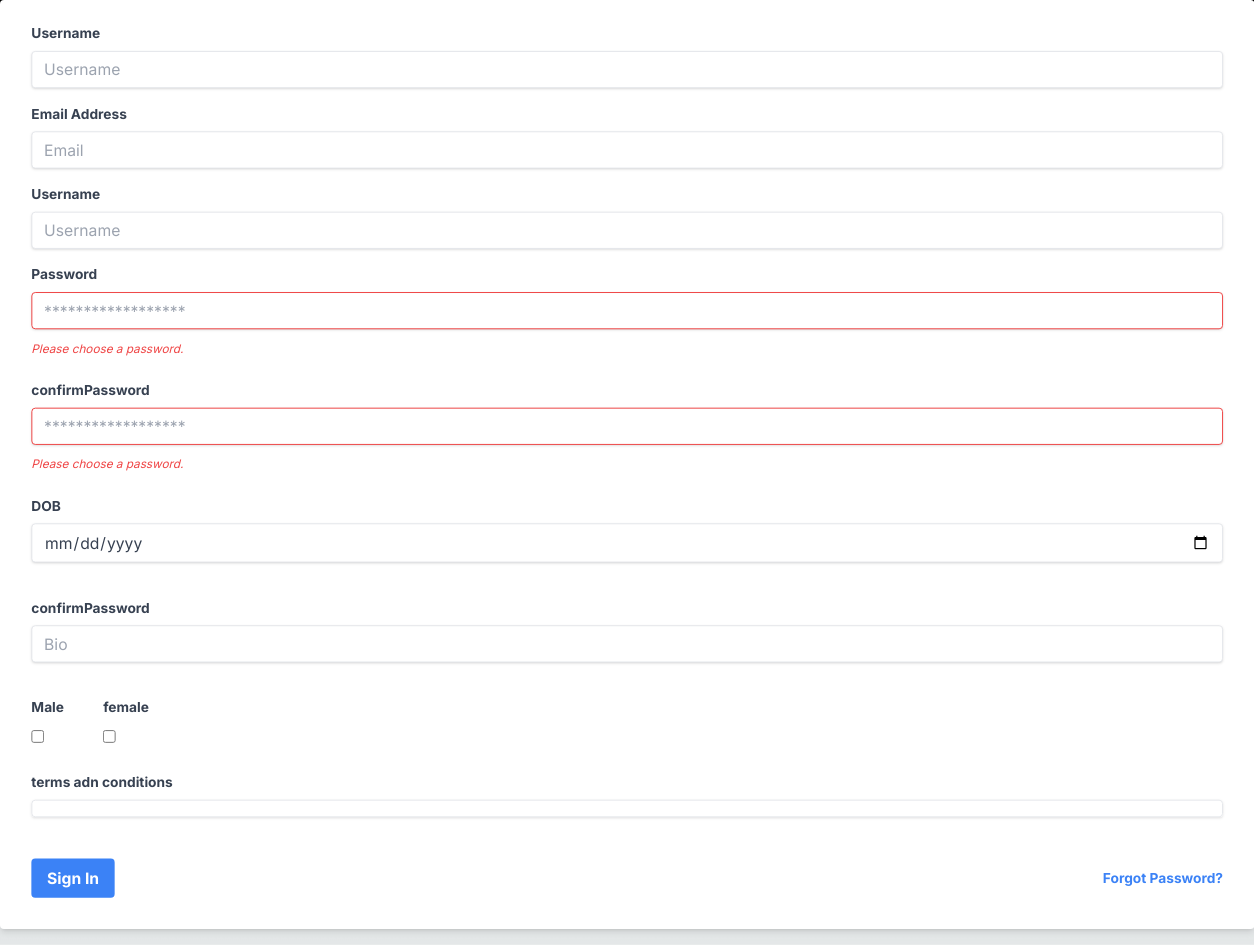
Repository: uh-sman/tiktok-card
Page: /
An editor plug-in stored every save of this project. The page is shown before and after the next save, followed by the edit.
The browser window is 1280 px wide. The pictures show the whole page, at 98% of full size.
The project was rebuilt for these pictures with package versions that can differ from the ones it lists, and the page was loaded fresh each time. The framework's server and built-in components were replaced by stand-ins that run in the browser. Also part of the build but not shown: next.config.js.

Above is the page before, as saved 2023-12-19 12:23:29.

After the next save:
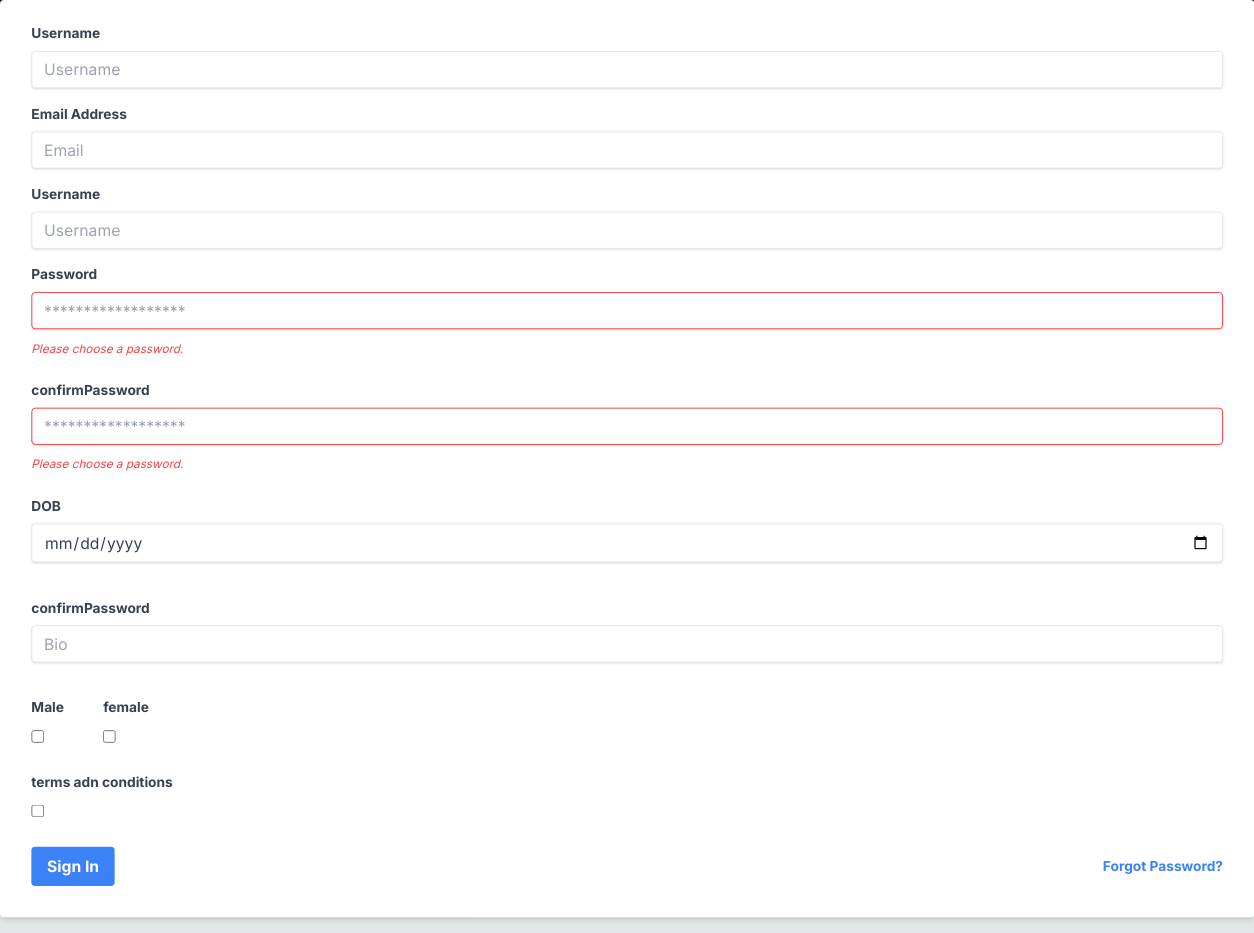
Saved 23 s later.
--- a/app/page.tsx
+++ b/app/page.tsx
@@ -90,7 +90,7 @@ export default function Home() {
       <label className="block text-gray-700 text-sm font-bold mb-2" htmlFor="password">
         terms adn conditions
       </label>
-      <Input onChange={() => {}} className="shadow appearance-none border rounded w-full py-2 px-3 text-gray-700 mb-3 leading-tight focus:outline-none focus:shadow-outline" id="terms" type="checkbox" placeholder="terms and conditions" />
+      <Input onChange={() => {}} className="" id="terms" type="checkbox" placeholder="terms and conditions" />
       {/* <p className="text-red-500 text-xs italic">Please confirm your password.</p> */}
     </div>
     <div className="flex items-center justify-between">
